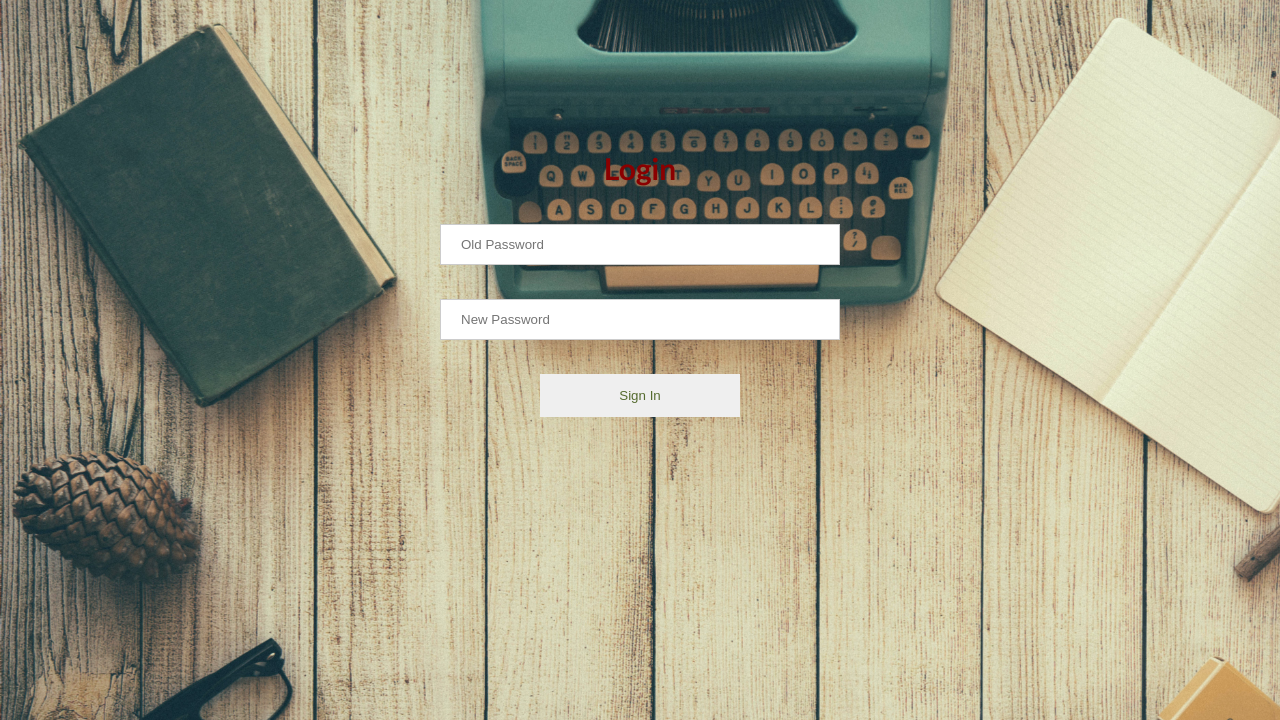
Repository: NAYAN9534/vehicle-booking-system
Page: http://localhost/minor/change_pass.jsp
An editor plug-in stored every save of this project. The page is shown before and after the next save, followed by the edit.
The browser window is 1280 px wide. The pictures show the whole page.
The page is served by Tomcat 9.

Above is the page before, as saved 2017-05-27 09:01:31.

After the next save:
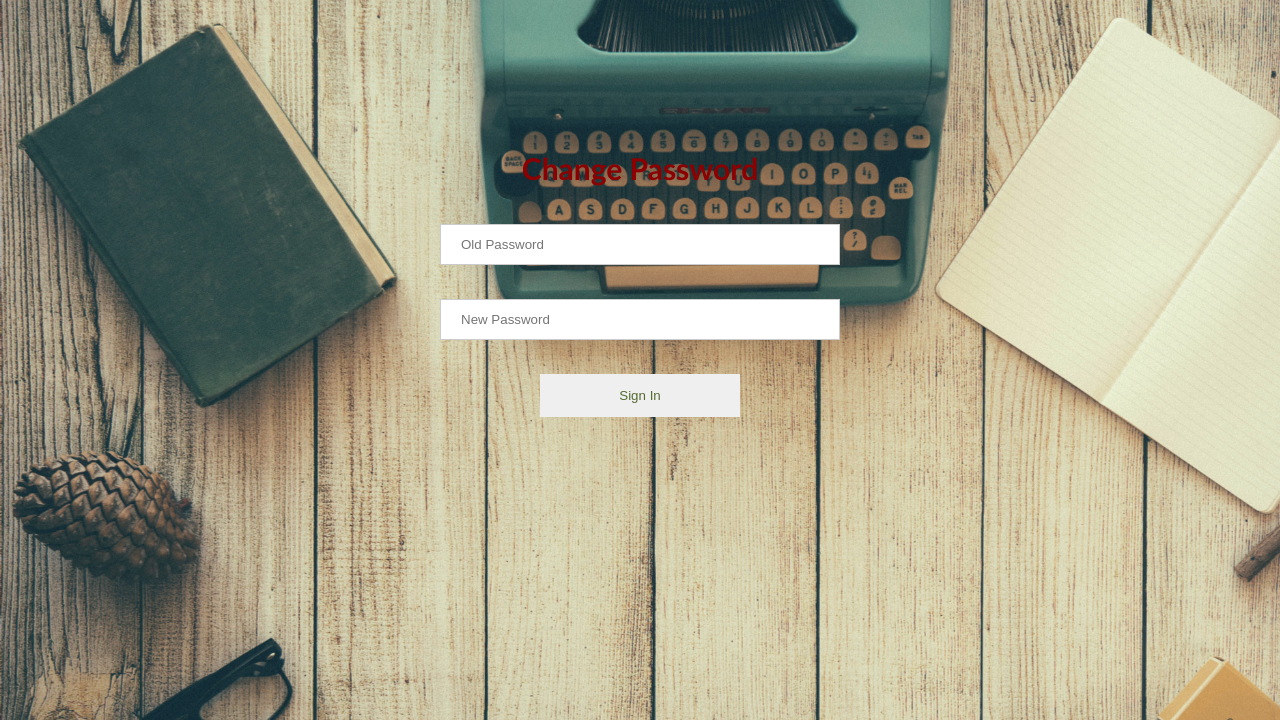
Saved 58 s later.
--- a/minor/WebContent/change_pass.jsp
+++ b/minor/WebContent/change_pass.jsp
@@ -66,7 +66,7 @@ body {
 <body>
 <div id="login">
 <center>
-<p><b>Login</b></p>
+<p><b>Change Password</b></p>
 <form action ="change_passconn.jsp" method="post">
 	<input type="Password" name="pass" id="txt_name" placeholder="Old Password"/><br><br>
 	<input type="Password" name="new_pass" id="txt_Password" placeholder="New Password"/><br><br>
